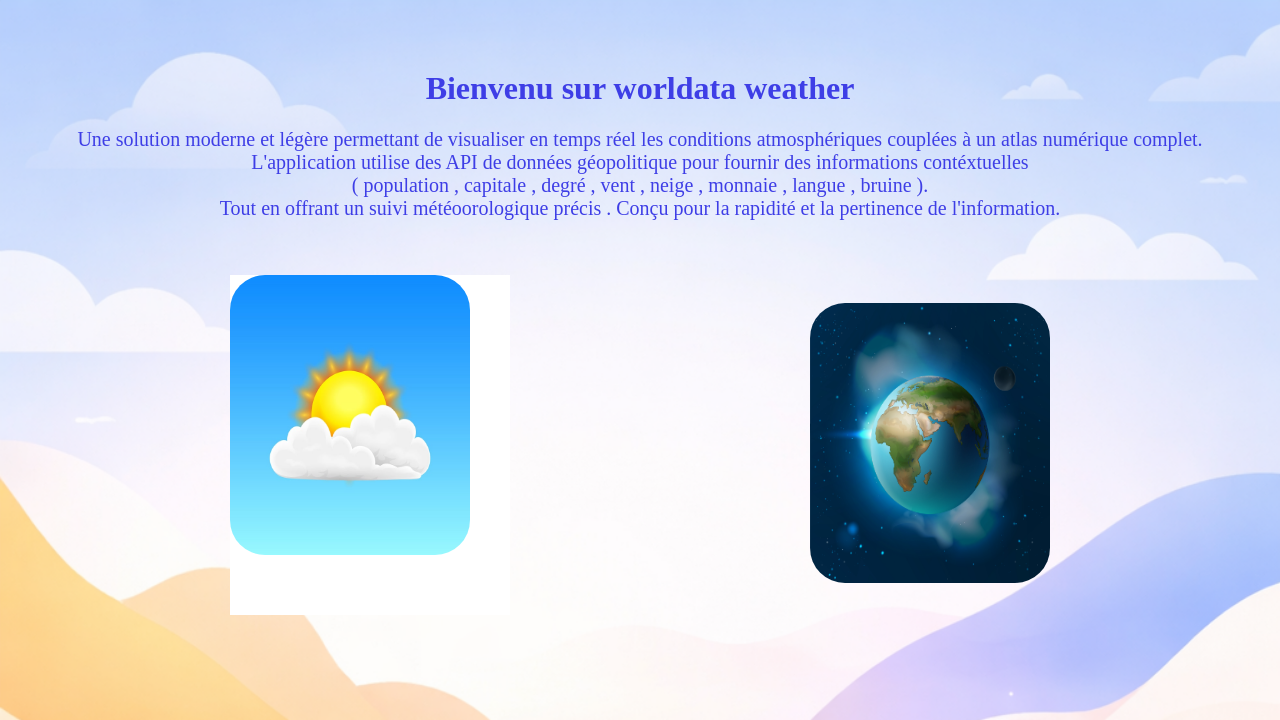
Repository: assanendao171/meteo
Page: index.html
An editor plug-in stored every save of this project. The page is shown before and after a run of saves, followed by the edit.
The browser window is 1280 px wide. The pictures show the whole page.

Above is the page before, as saved 2026-03-18 17:07:51.

After the next 3 saves:
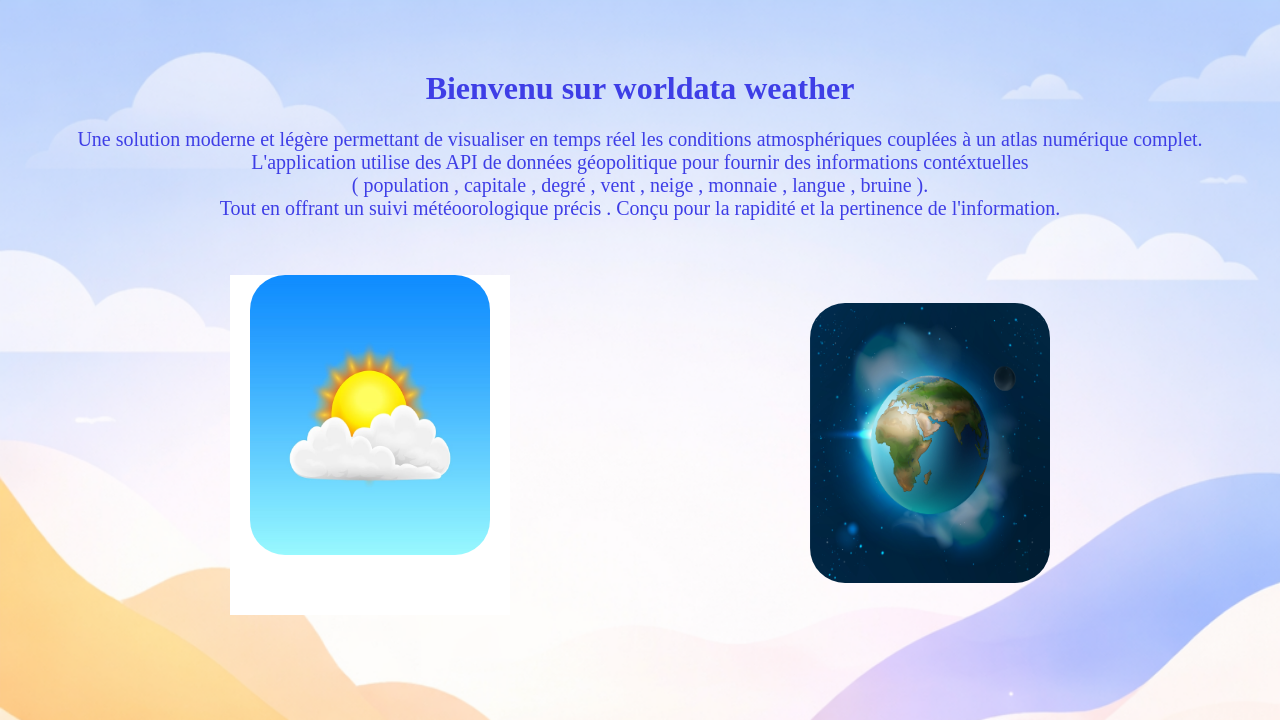
The 3 saves are shown as one change because they came seconds apart.
The last was saved 10 s later.
--- a/style.css
+++ b/style.css
@@ -34,5 +34,6 @@ p{
     background-color: white;
     display: flex;
     flex-direction: column;
-    justify-content: ;
+    justify-content: flex-start;
+    align-items: center;
 }
